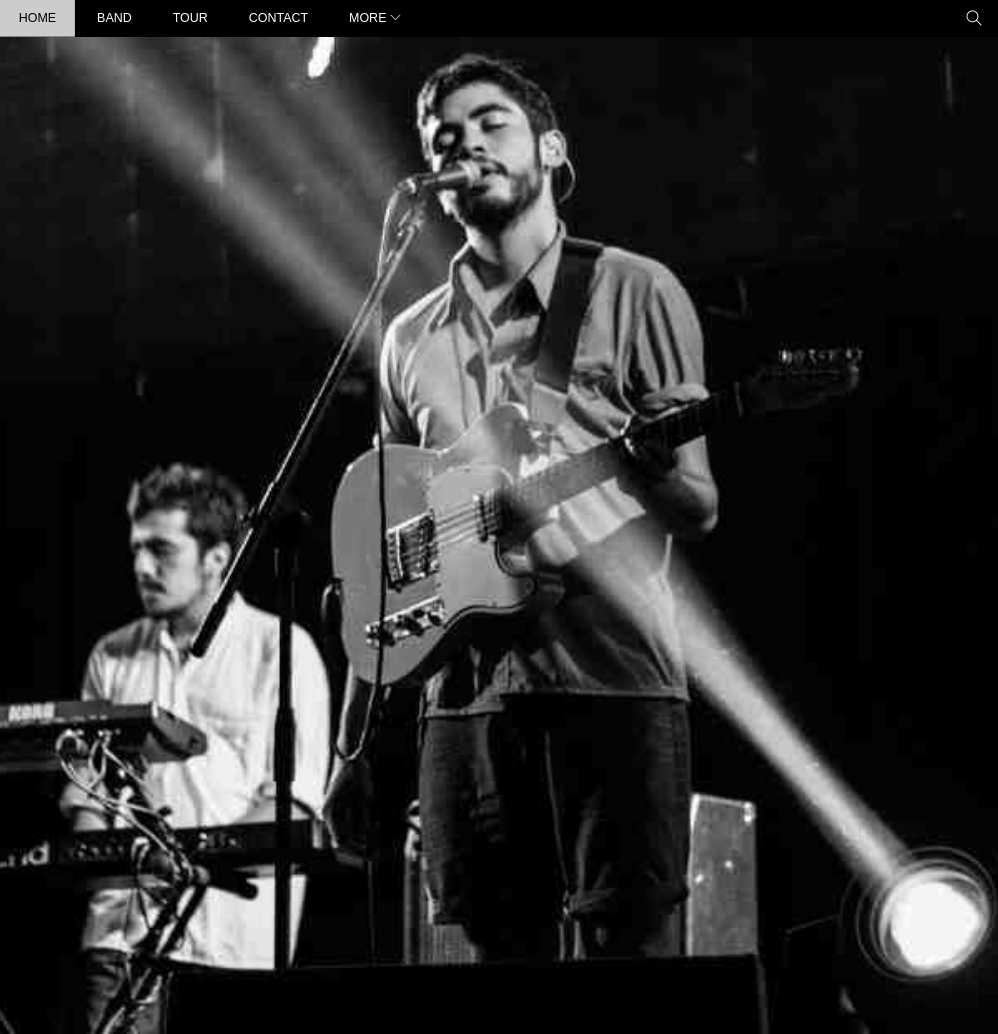
Repository: Thanhtrunghoang123/the-band
Page: index.html
An editor plug-in stored every save of this project. The page is shown before and after the next save, followed by the edit.
The browser window is 1280 px wide. The pictures show the whole page, at 78% of full size.

Above is the page before, as saved 2022-07-20 20:49:18.

### index.html
<!DOCTYPE html>
<html lang="en">
<head>
    <meta charset="UTF-8">
    <meta http-equiv="X-UA-Compatible" content="IE=edge">
    <meta name="viewport" content="width=device-width, initial-scale=1.0">
    <title>Document</title>
    <link rel="stylesheet" href="./assest/css/style.css">
    <link rel="stylesheet" href="./assest/fonts/themify-icons/themify-icons.css">



</head>
<body>
    <div id="main">
        <div id="header">
            <!-- Begin: Nav -->
            <ul id="nav">
                <li><a href="">Home</a></li>
                <li><a href="">Band</a></li>
                <li><a href="">Tour</a></li>
                <li><a href="">Contact</a></li>
                <li>
                    <a href="">
                        More
                        <i class=" nav-arrow-down ti-angle-down"></i>

                    </a>
                    <ul class="subnav">
                        <li><a href="">Merchandise</a></li>
                        <li><a href="">Extras</a></li>
                        <li><a href="">Media</a></li>
                    </ul>
                </li>
            </ul>
            <!-- End: Nav -->

            <!-- Begin: Search button -->
            <div class="search-btn">
                <i class=" search-icon ti-search"></i>
            </div>
            <!-- End: Search button -->



        </div>

        <div id="slider">

        </div>

        <div id="content">

        </div>

        <div id="footer">

        </div>
    </div>
</body>
</html>

### assest/css/style.css
*{
    margin: 0;
    padding: 0;
    box-sizing: border-box;
}

html{
    font-family: Arial, Helvetica, sans-serif;
}
#main{

}

#header{
    height: 46.5px;
    background-color: #000;
    position: fixed;
    top: 0;
    left: 0;
    right: 0;
}
#nav {
    display: inline-block;
}
#nav , .subnav{
    list-style: none;
}
#nav > li{
    display: inline-block;
}

#nav li{
    position: relative;
}

#nav > li > a {
    color: #fff;
    text-transform: uppercase;
}
#nav li a{
    text-decoration: none;
    line-height: 46.5px;
    padding: 0px 24px;
    display: block;
}

#nav li:hover .subnav{
    display: block;
}
#nav > li:hover > a,
#nav .subnav li:hover a{
    color: #000;
    background-color: #ccc;
}

#nav .subnav{
    display: none;
    position: absolute;
    top: 100%;
    background-color: #fff;
    box-shadow: 0 0 10px rgba(0 , 0 , 0 ,0.3);
}
#nav .subnav a{
    color: #000;
    min-width: 160px;
    padding:  0px 12px;
    line-height: 38.5px;
}
#nav .nav-arrow-down{
    font-size: 14px;
}
#header .search-btn{
    float:right;
    padding: 0 21px;
}
#header .search-btn:hover {
    background-color: #f44336;
    cursor: pointer;
}
#header .search-icon {
    color: #fff;
    font-size: 20px;
    line-height: 46px;
}
#slider{
    margin-top: 46px;
    padding:50%;
    background: url(/assest/img/slider/chicago.jpg) top center /cover no-repeat;
}

#content{

}

#footer{

}

Loaded but not shown: assest/fonts/themify-icons/themify-icons.css (common file)

After the next save:
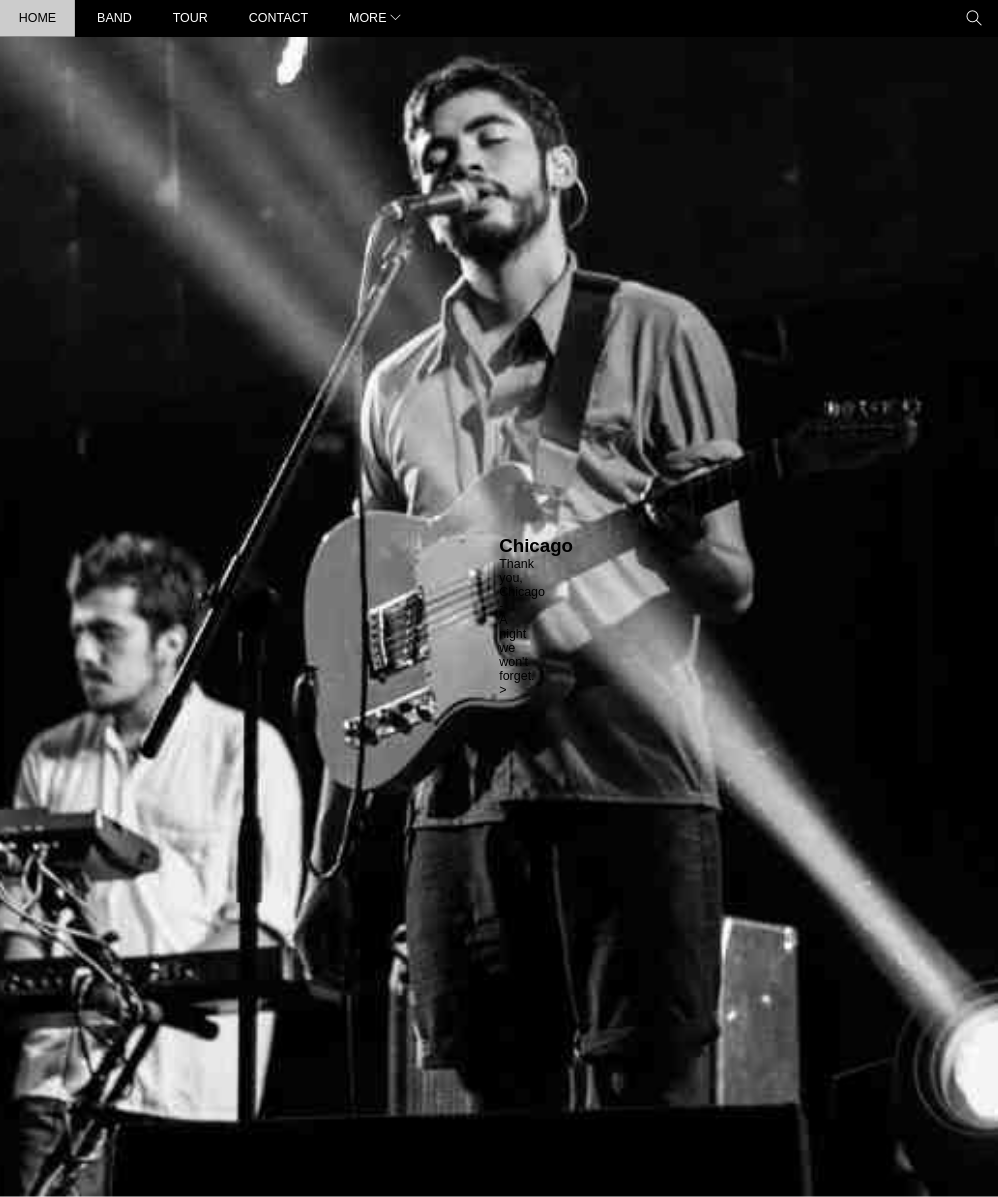
Saved 12 min 3 s later.
--- a/index.html
+++ b/index.html
@@ -46,7 +46,11 @@
         </div>
 
         <div id="slider">
+            <div class="text-content">
+                <h2 class="text-heading">Chicago</h2>
+                <div class="text-heading">Thank you, Chicago - A night we won't forget.</div>>
 
+            </div>
         </div>
 
         <div id="content">
